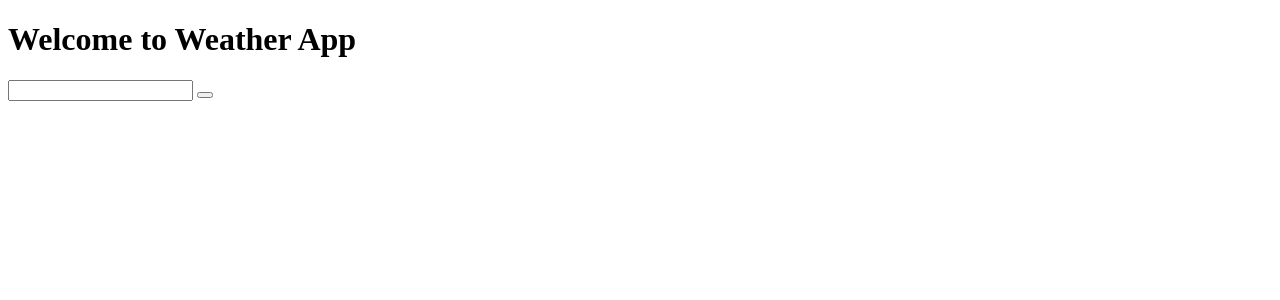
Repository: Adeshppp/Weather-Application-By-Using-JSP-and-Servlet
Page: MyWeatherApp/src/main/webapp/index.html
The author's editor kept a copy of each file at every save. The page is drawn from the files as they stood at one save, then again after the next save.
The browser window is 1280 px wide. The pictures show the whole page.

Above is the page before, as saved 2023-11-03 04:02:36.

### MyWeatherApp/src/main/webapp/index.html
<!DOCTYPE html>
<html>
<head>
<meta charset="UTF-8">
<title>My Weather App</title>
</head>
<body>
	<h1>Welcome to Weather App</h1>
	<form action="">
		<input></input>
		<button></button>
	</form>
</body>
</html>

After the next save:
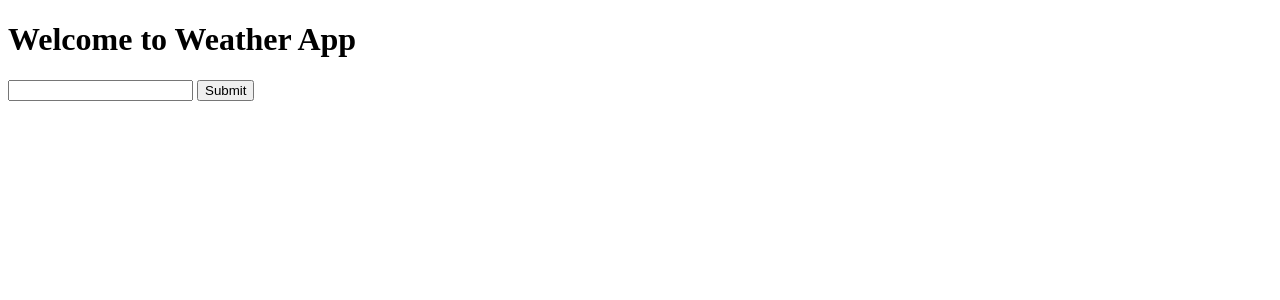
Saved 6 s later.
--- a/MyWeatherApp/src/main/webapp/index.html
+++ b/MyWeatherApp/src/main/webapp/index.html
@@ -8,7 +8,7 @@
 	<h1>Welcome to Weather App</h1>
 	<form action="">
 		<input></input>
-		<button></button>
+		<button>Submit</button>
 	</form>
 </body>
 </html>
